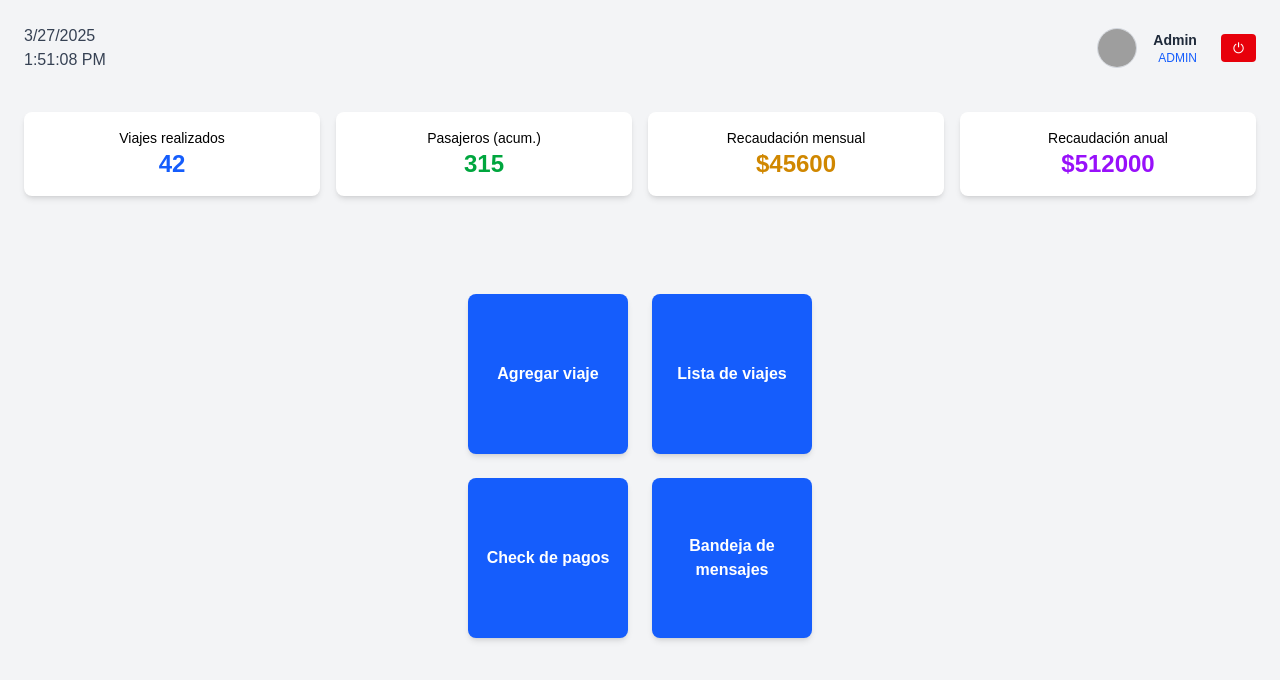
Repository: francoluca35/appcolectivos
Page: /homeadmin
The author's editor kept a copy of each file at every save. The page is drawn from the files as they stood at one save, then again after the next save.
The browser window is 1280 px wide. The pictures show the whole page.
Pictures or frames that could not be fetched are drawn as grey boxes. The project was rebuilt for these pictures with package versions that can differ from the ones it lists, and the page was loaded fresh each time. The framework's server and built-in components were replaced by stand-ins that run in the browser. Also part of the build but not shown: next.config.mjs.

Above is the page before, as saved 2025-03-27 23:07:04.

After the next save:
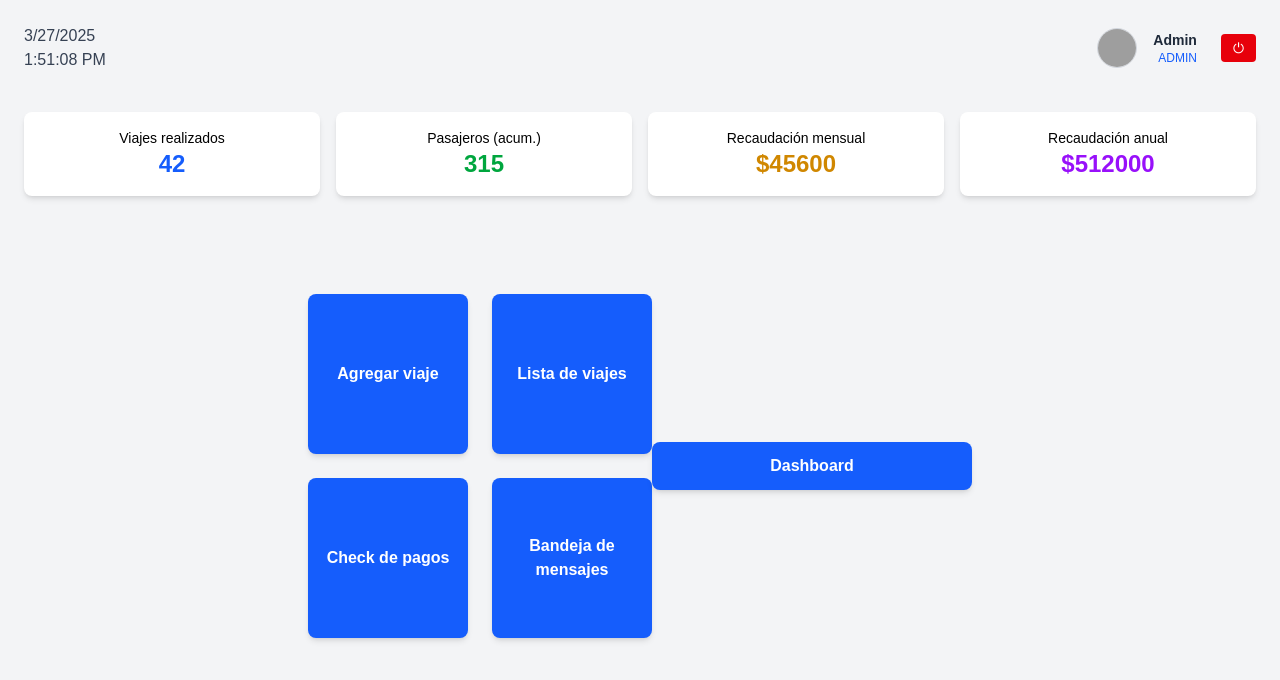
Saved 4 min 40 s later.
--- a/src/app/homeadmin/page.js
+++ b/src/app/homeadmin/page.js
@@ -80,6 +80,12 @@ export default function HomeAdmin() {
       </button>
     ))}
   </div>
+  <button
+    onClick={() => router.push("/dashboard")}
+    className="w-80 h-12 bg-blue-600 text-white font-semibold rounded-lg shadow-md hover:bg-blue-700 transition"
+  >
+    Dashboard
+  </button>
 
   {/* Botón de logout al centro */}
 
